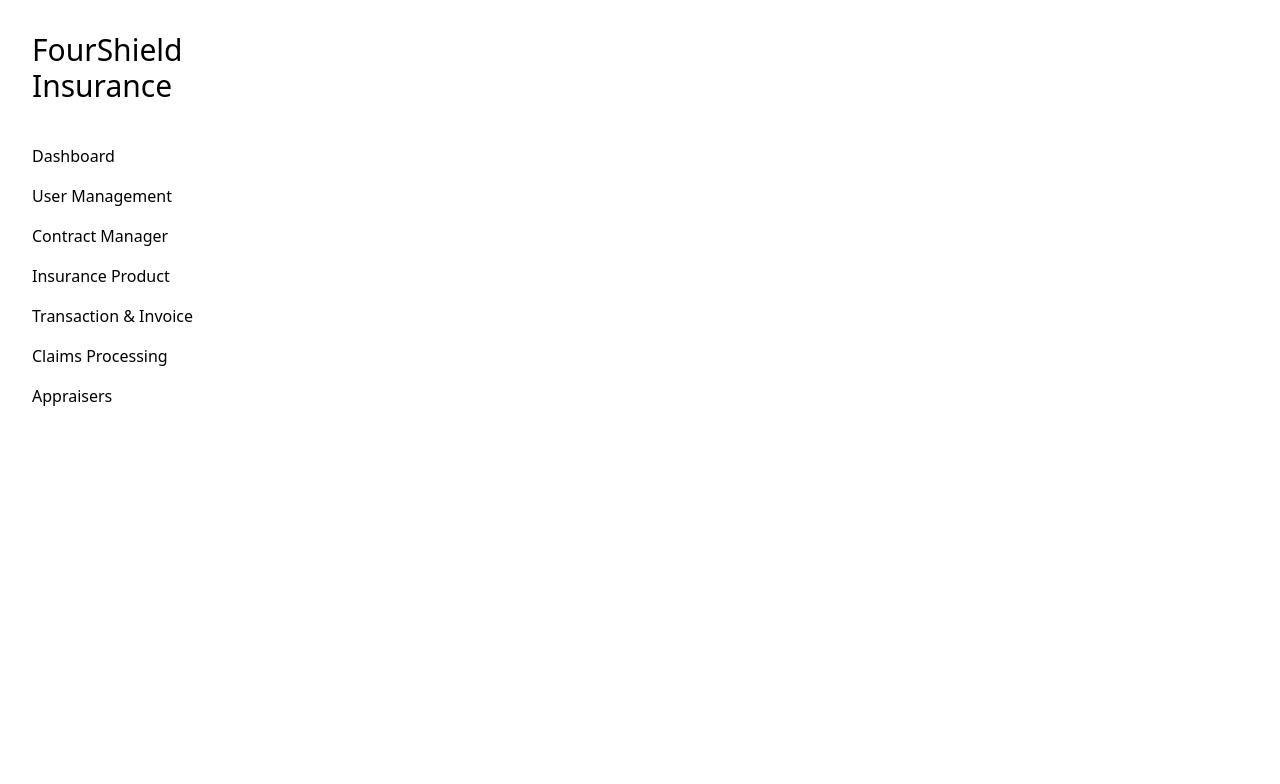
Repository: MockProject9920/MockProject_022025_Nhom4
Page: / (app in frontend/)
These files come from the project's save history. The page is drawn as it stood at one moment and after the next save; the edit follows.
The browser window is 1280 px wide. The pictures show the whole page.
The project was rebuilt for these pictures with package versions that can differ from the ones it lists, and the page was loaded fresh each time. Also part of the build but not shown: frontend/vite.config.js.

Above is the page before, as saved 2025-03-12 14:12:29.

After the next save:
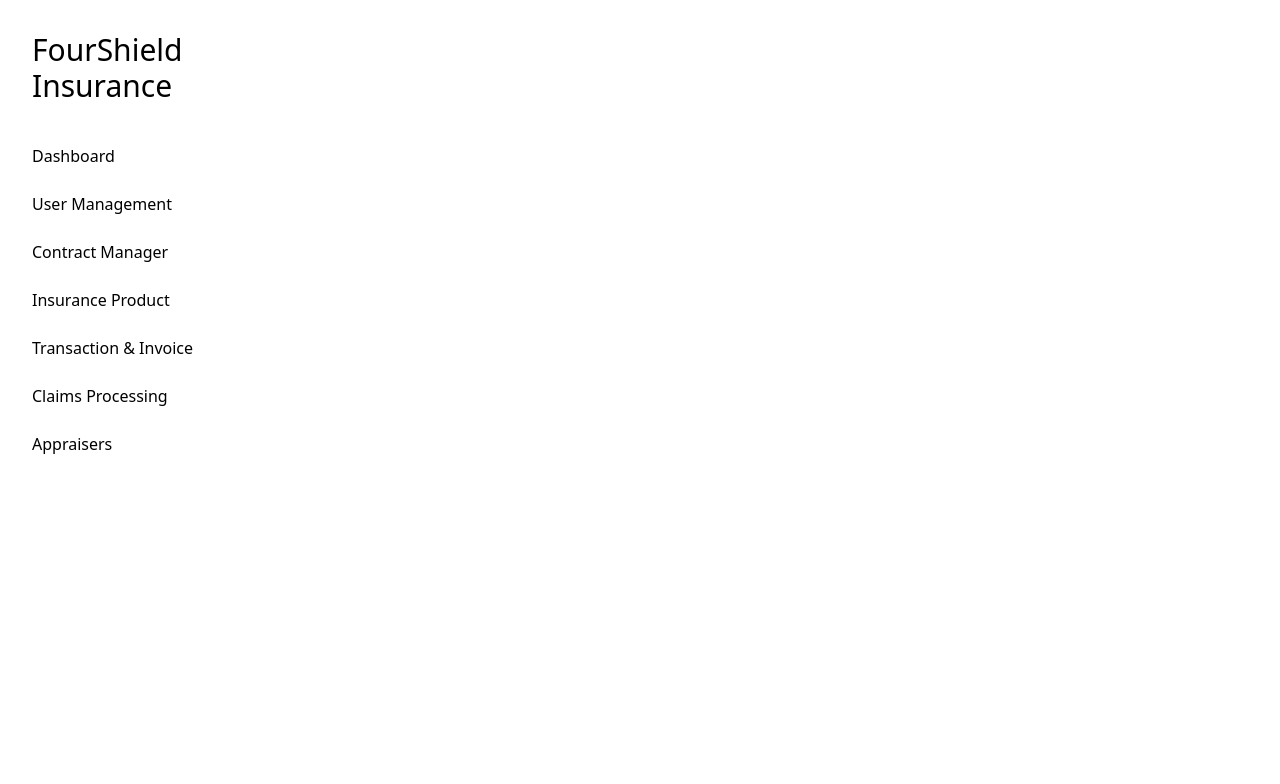
Saved 5 s later.
--- a/frontend/src/components/AdminSidebar.jsx
+++ b/frontend/src/components/AdminSidebar.jsx
@@ -16,7 +16,7 @@ function AdminSidebar() {
   return (
     <div className="space-y-10 h-screen w-60 m-8">
       <p className="text-3xl font-medium">FourShield Insurance</p>
-      <div className="space-y-4">
+      <div className="space-y-6">
         <p>Dashboard</p>
         <div>
           <div onClick={() => toggleDropdown("menu1")}>
